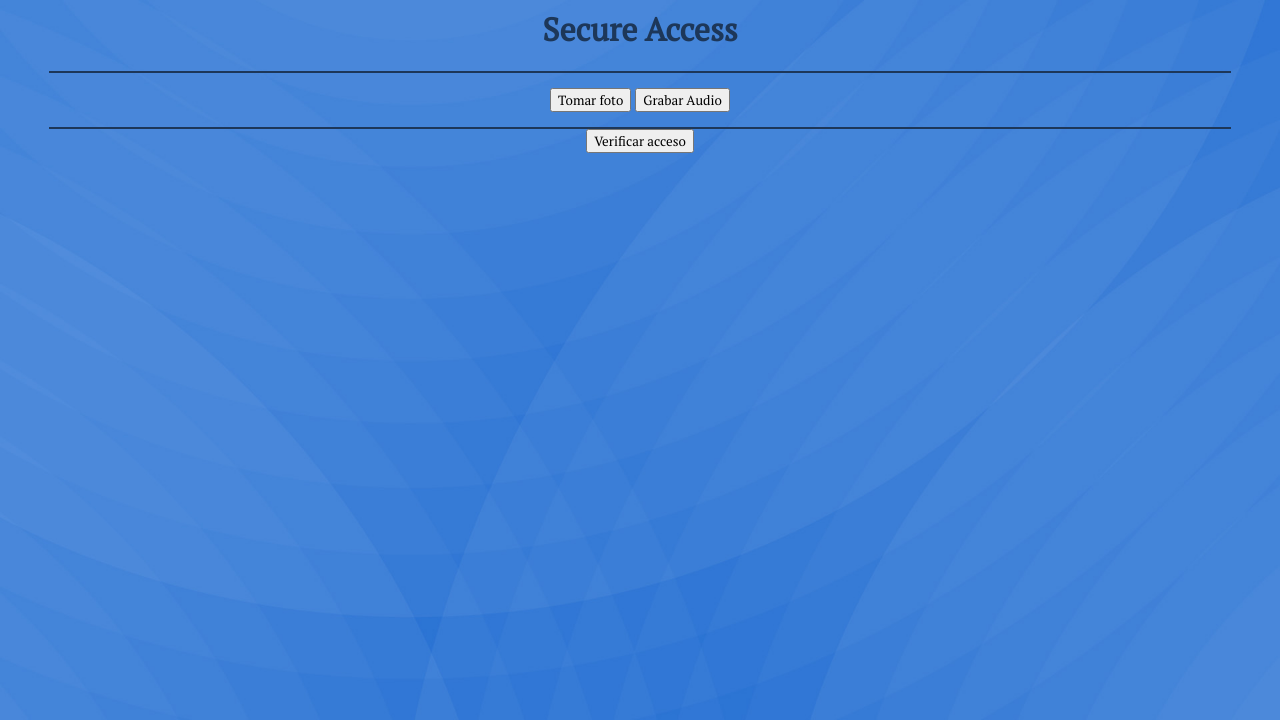
Repository: dabarreiroh/SECURE-ACCESS
Page: accessecure/templates/home/index.html
An editor plug-in stored every save of this project. The page is shown before and after the next save, followed by the edit.
The browser window is 1280 px wide. The pictures show the whole page.

Above is the page before, as saved 2020-03-16 23:29:12.

After the next save:
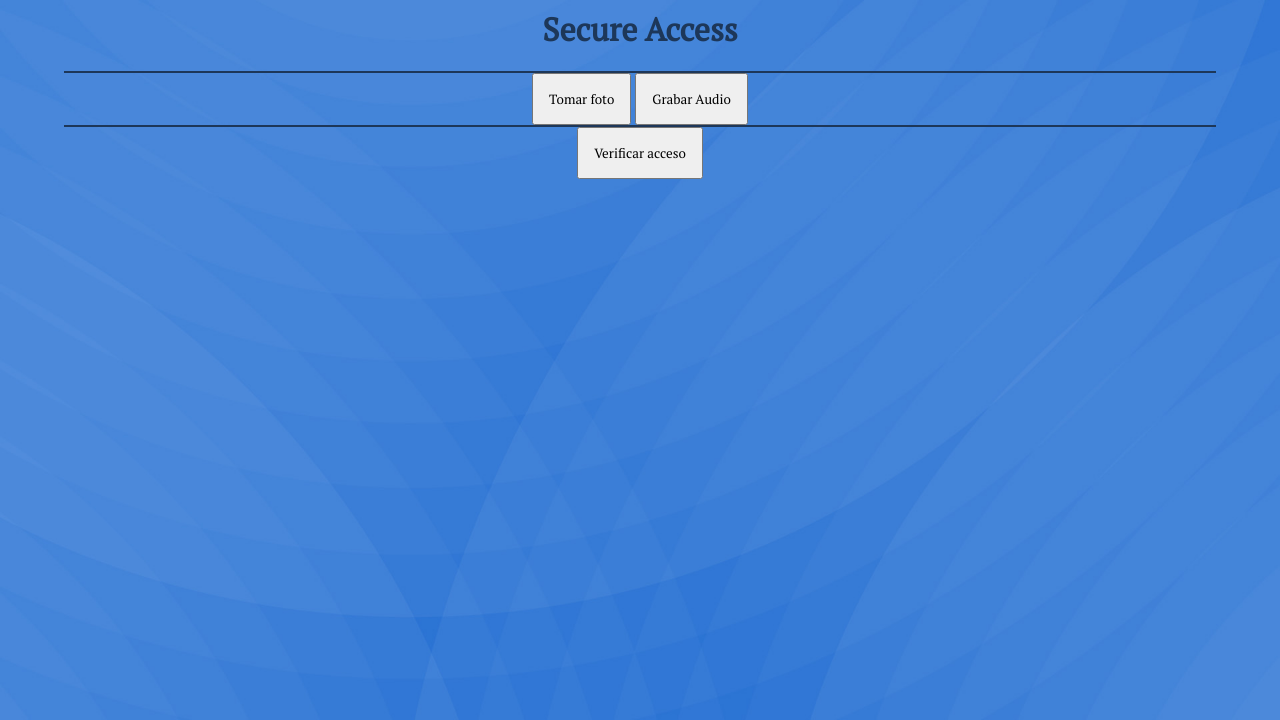
Saved 54 s later.
--- a/accessecure/static/admin/css/index/index.css
+++ b/accessecure/static/admin/css/index/index.css
@@ -18,5 +18,8 @@ h1{
     border-width: 2px 0px;
     width: 90vw;
     margin: 0 auto;
+}
+
+input{
     padding: 15px;
 }
